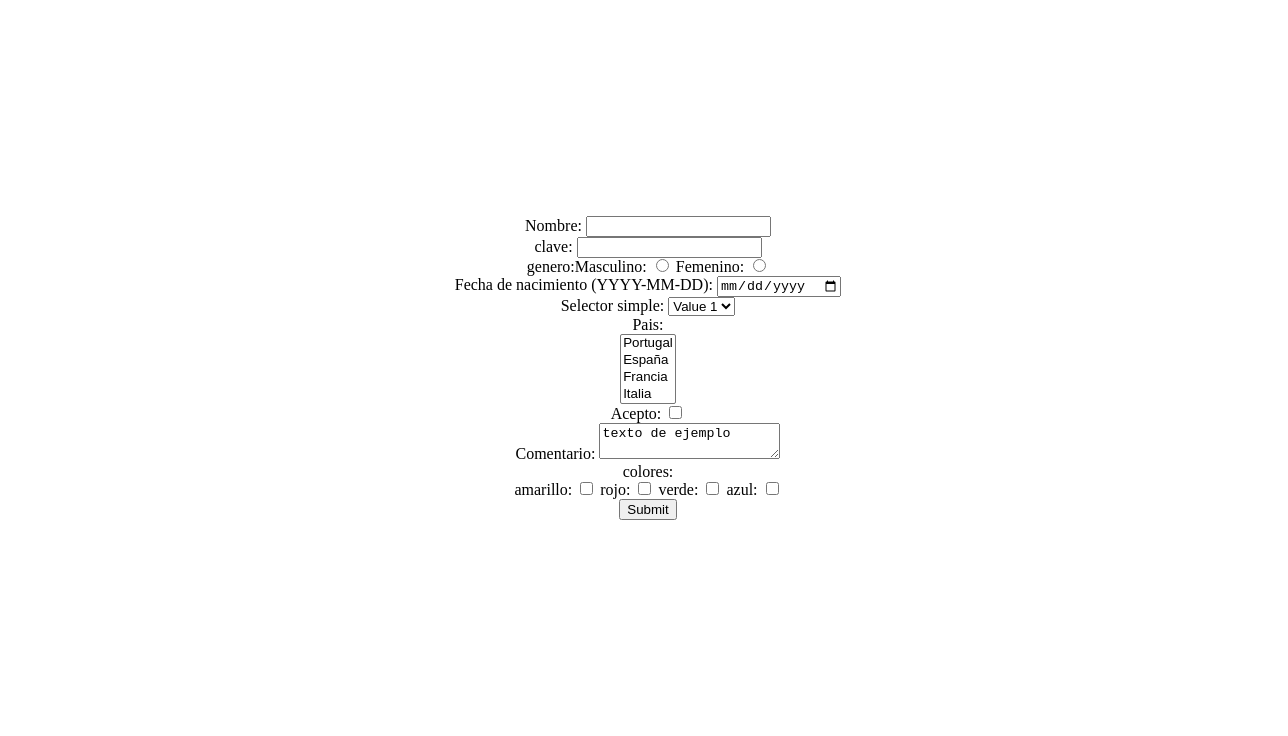
Repository: alvaroteja/ServidorJava
Page: http://localhost/11-EchoParametrosConArchivoJSP/formulario.jsp
An editor plug-in stored every save of this project. The page is shown before and after the next save, followed by the edit.
The browser window is 1280 px wide. The page is 1288 px wide, so the pictures cover 1288 px, including what lies to the right of the window. The pictures show the whole page.
The page is served by Tomcat 10.

Above is the page before, as saved 2023-01-23 09:10:46.

After the next save:
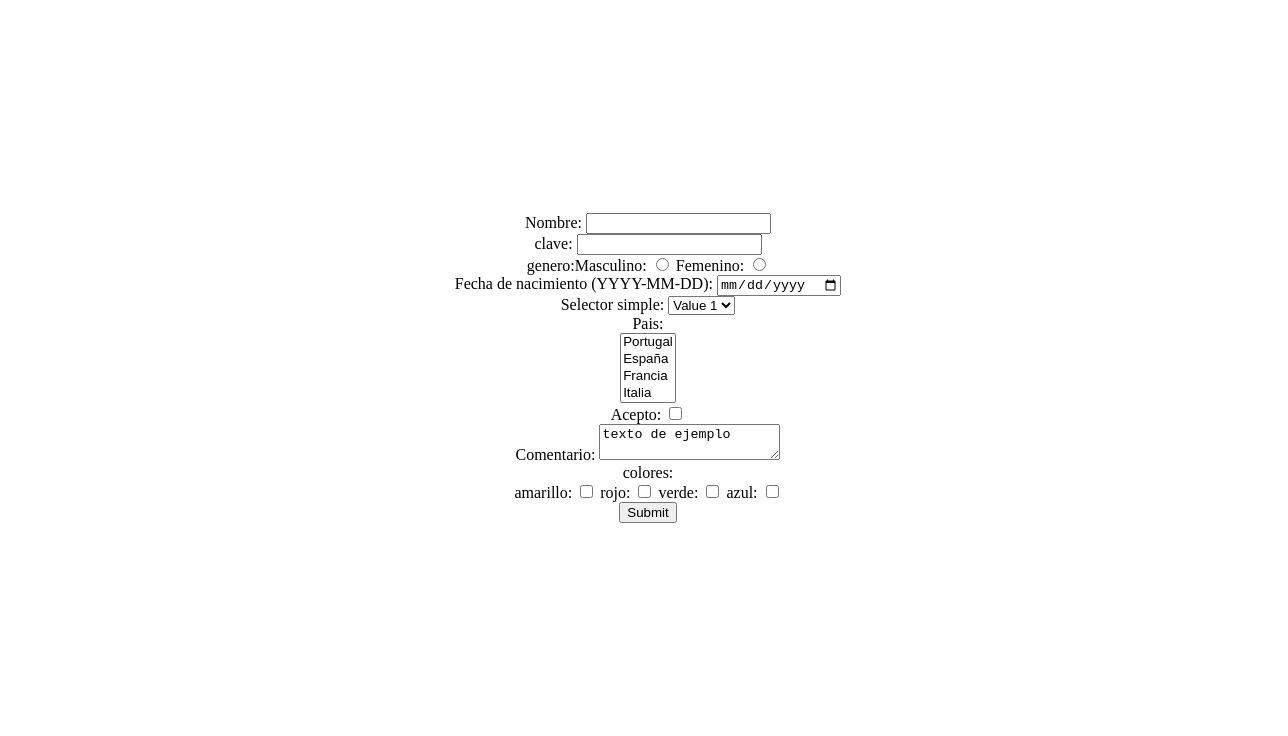
Saved 24 s later.
--- a/11-EchoParametrosConArchivoJSP/src/main/webapp/formulario.jsp
+++ b/11-EchoParametrosConArchivoJSP/src/main/webapp/formulario.jsp
@@ -16,9 +16,7 @@ body {
 form{
 	text-align: center;
 }
-form > *{
-	margin-top: 0px;
-}
+
 </style>
 </head>
 <body>
